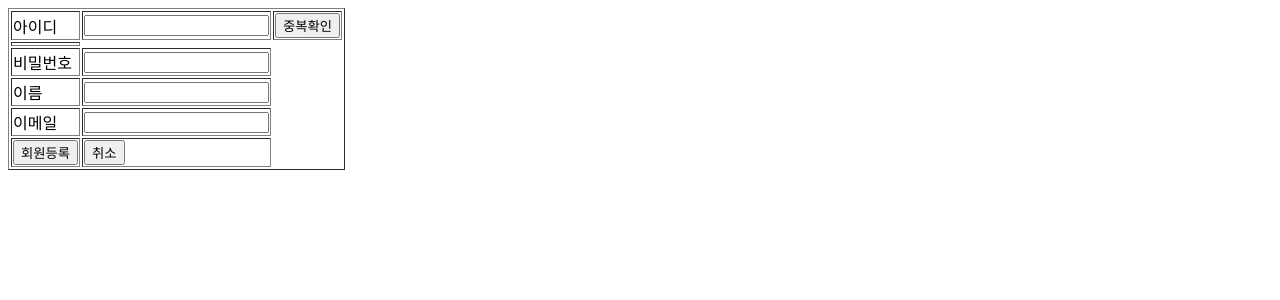
Repository: JungYOsup/Mini_project
Page: http://localhost/EsCape_Room/sign_up_form.jsp
The author's editor kept a copy of each file at every save. The page is drawn from the files as they stood at one save, then again after the next save.
The browser window is 1280 px wide. The pictures show the whole page.
The page is served by Tomcat 9.

Above is the page before, as saved 2018-01-16 05:31:17.

After the next save:
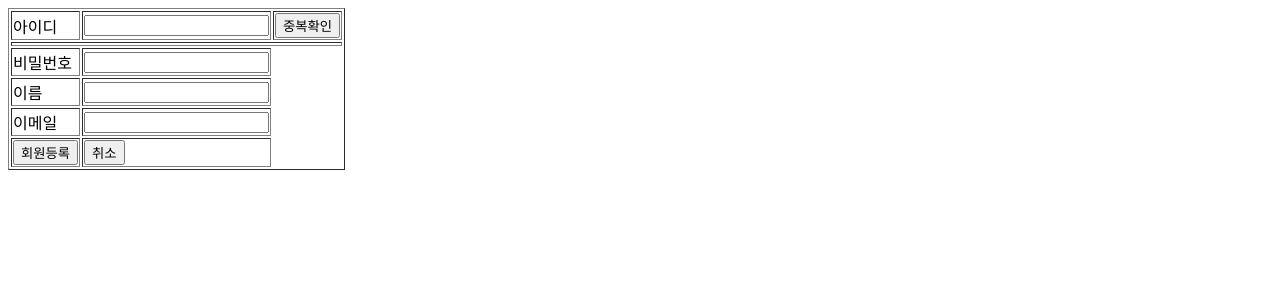
Saved 21 s later.
--- a/EsCape_Room/WebContent/sign_up_form.jsp
+++ b/EsCape_Room/WebContent/sign_up_form.jsp
@@ -69,7 +69,7 @@
  	</tr>
  	<tr>
 
- 		<td></td>
+ 		<td colspan="3"></td>
  	</tr>
 	<tr>
 
